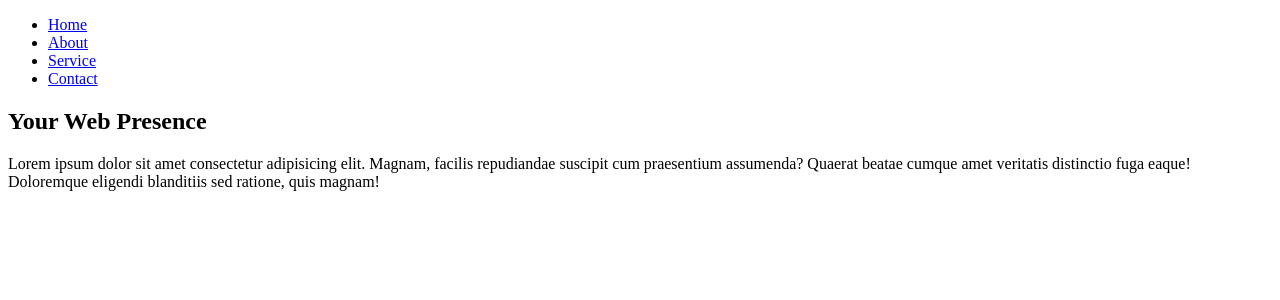
Repository: 1813404040072/grid-demo
Page: index.html
These files come from the project's save history. The page is drawn as it stood at one moment and after the next save; the edit follows.
The browser window is 1280 px wide. The pictures show the whole page.
Some web libraries are served in a nearby version.

Above is the page before, as saved 2019-12-24 22:50:55.

After the next save:
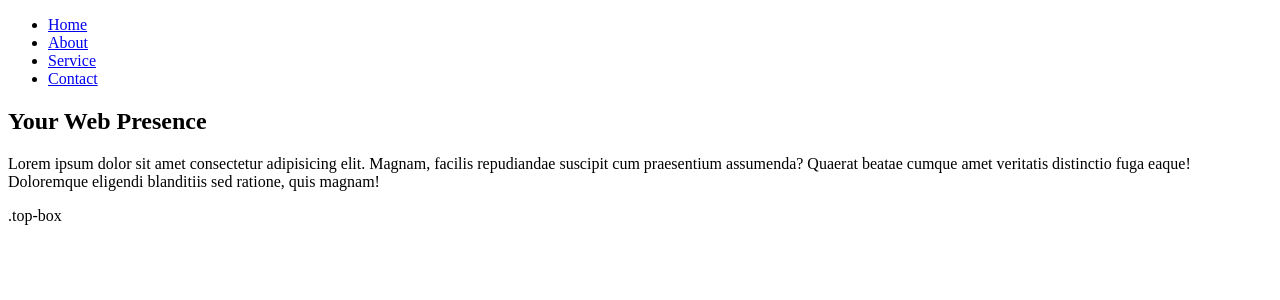
Saved 4 s later.
--- a/index.html
+++ b/index.html
@@ -26,7 +26,7 @@
                 <p>Lorem ipsum dolor sit amet consectetur adipisicing elit. Magnam, facilis repudiandae suscipit cum praesentium assumenda? Quaerat beatae cumque amet veritatis distinctio fuga eaque! Doloremque eligendi blanditiis sed ratione, quis magnam!</p>
                 <a href="#" class="btn"></a>
             </header>
-
+            .top-box
         </section>
     </div>
     <!-- wrapper Ends -->
